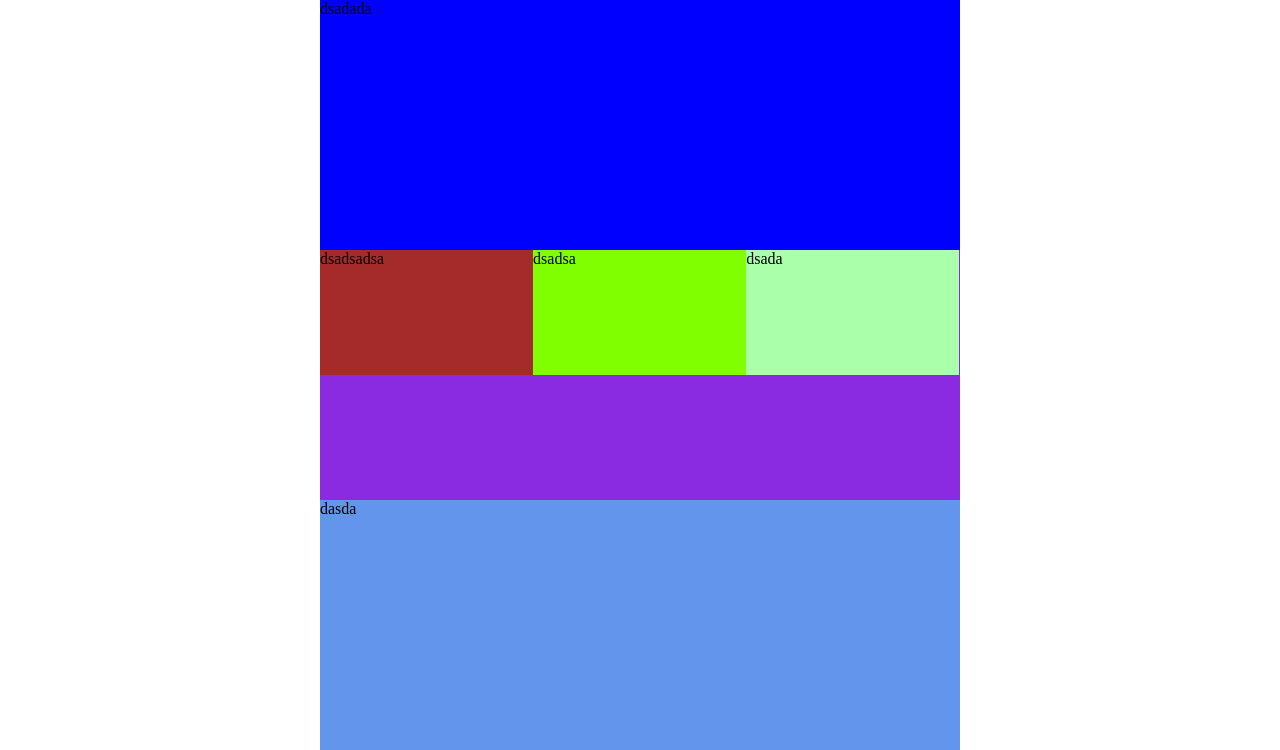
Repository: Gumiin/studia
Page: exercise 1/index.html
The author's editor kept a copy of each file at every save. The page is drawn from the files as they stood at one save, then again after the next save.
The browser window is 1280 px wide. The pictures show the whole page.

Above is the page before, as saved 2021-03-10 18:30:07.

### exercise 1/index.html
<!DOCTYPE html>
<html lang="en">
<head>
    <meta charset="UTF-8">
    <meta http-equiv="X-UA-Compatible" content="IE=edge">
    <meta name="viewport" content="width=device-width, initial-scale=1.0">
    <link rel="stylesheet" href="style.css">
    <title>Document</title>
</head>
<body>
    <div id="all">
    <div id="baner">
        dsadada
    </div>
    <div id="middle_content">
        <div id="m_left">
            dsadsadsa
        </div>
        <div id="m_middle">
            dsadsa
        </div>
        <div id="m_right">
            dsada
        </div>
    </div>
    <div id="footer">
        dasda
    </div>
    </div>
</body>
</html>

### exercise 1/style.css
body{
    width: 100%;
    height: 500px;
    border: 0px;
    margin:0px;
    padding:0px;
}
#all{
    margin-left: 25%;
    width: 50%;
    height: 500px;
}
#baner{
    background-color: blue;
    width: 100%;
    height: 50%;
}
#middle_content{
    background-color: blueviolet;
    width: 100%;
    height: 50%;
}
#m_left{
    background-color: brown;
    width: 33.3%;
    float: left;
    height: 50%;
}
#m_middle{
    background-color: chartreuse;
    width: 33.3%;
    float: left;
    height: 50%;
}
#m_right{
    background-color: #aaffaa;
    position: relative;
    width: 33.3%;
    float: left;
    height: 50%;
}
#footer{
    background-color: cornflowerblue;
    width: 100%;
    height: 50%;
}

After the next save:
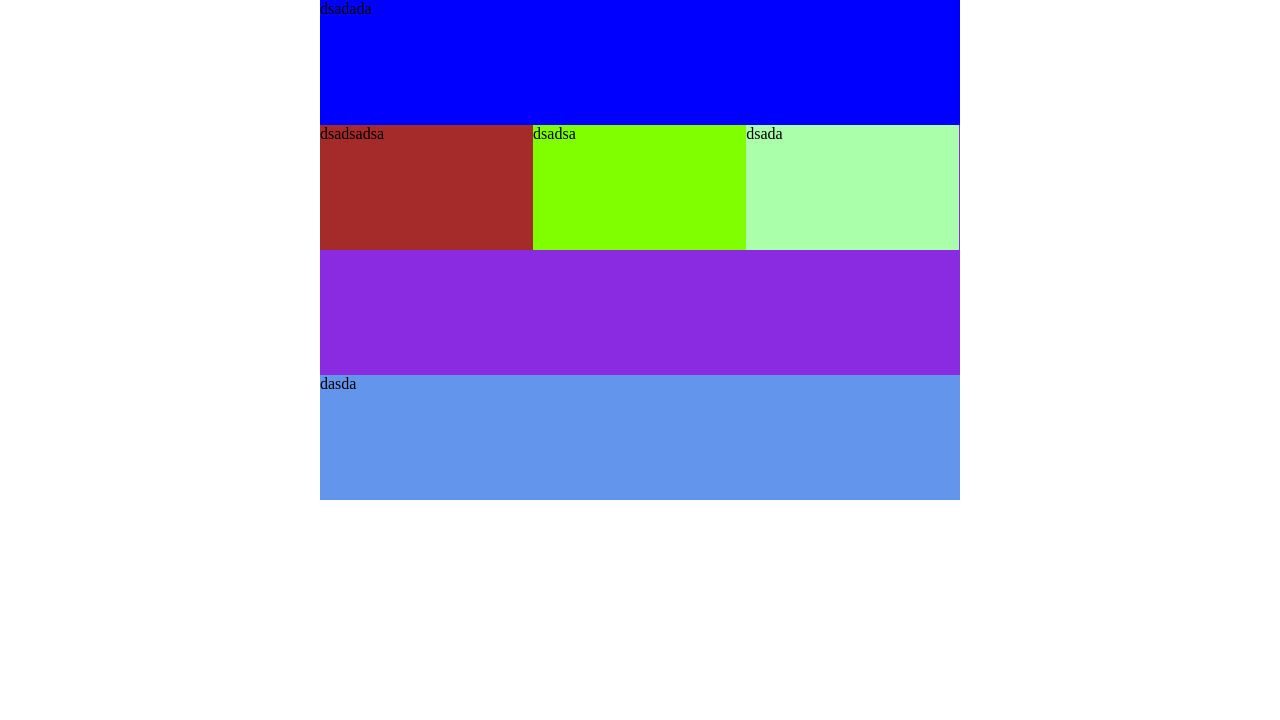
Saved 28 s later.
--- a/exercise 1/style.css
+++ b/exercise 1/style.css
@@ -13,7 +13,7 @@ body{
 #baner{
     background-color: blue;
     width: 100%;
-    height: 50%;
+    height: 25%;
 }
 #middle_content{
     background-color: blueviolet;
@@ -42,5 +42,5 @@ body{
 #footer{
     background-color: cornflowerblue;
     width: 100%;
-    height: 50%;
+    height: 25%;
 }
